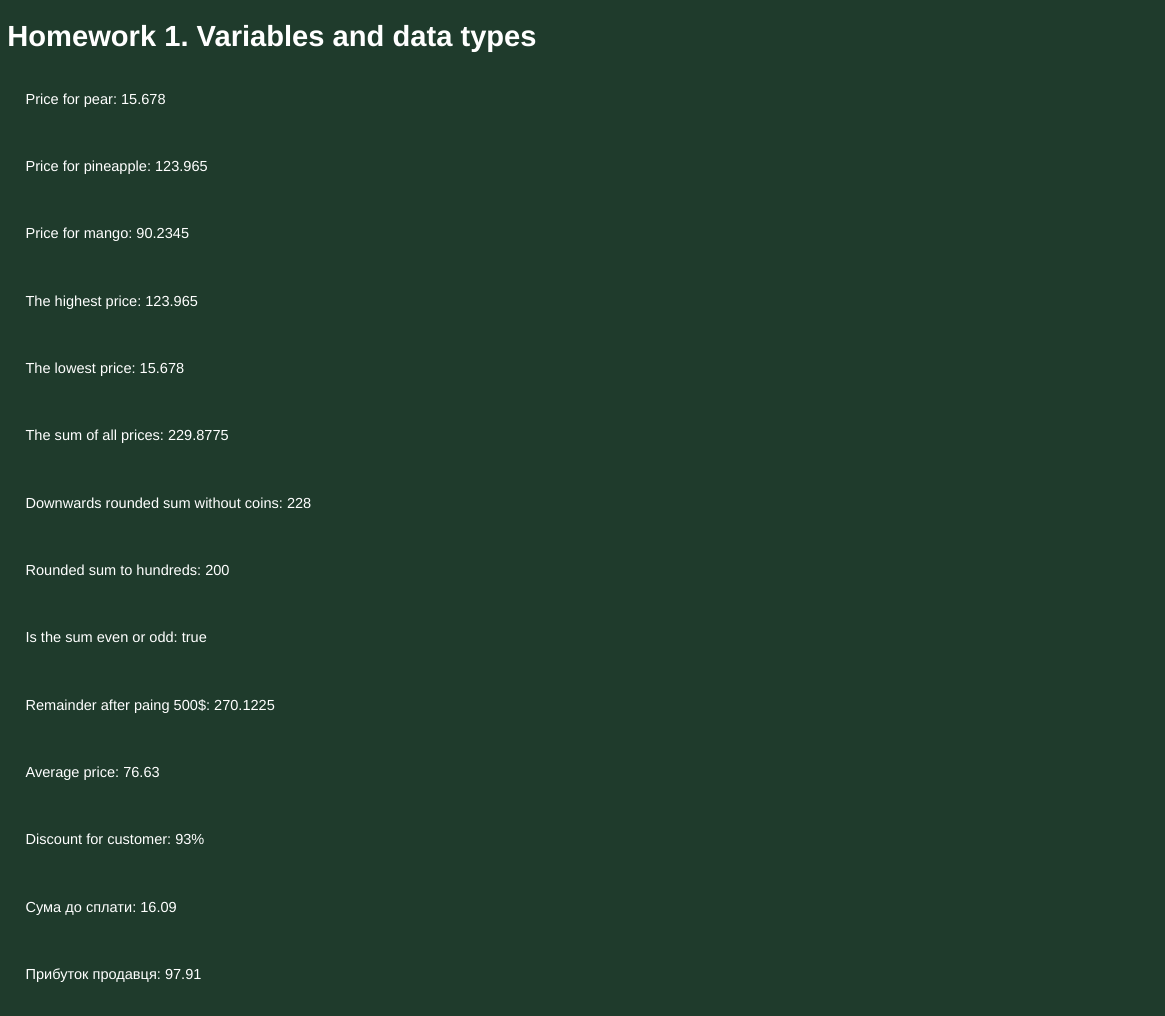
Repository: mariiastetsko/cursor-js-hw
Page: HW1/index.html
An editor plug-in stored every save of this project. The page is shown before and after the next save, followed by the edit.
The browser window is 1280 px wide. The pictures show the whole page, at 91% of full size.

Above is the page before, as saved 2020-07-22 22:53:06.

After the next save:
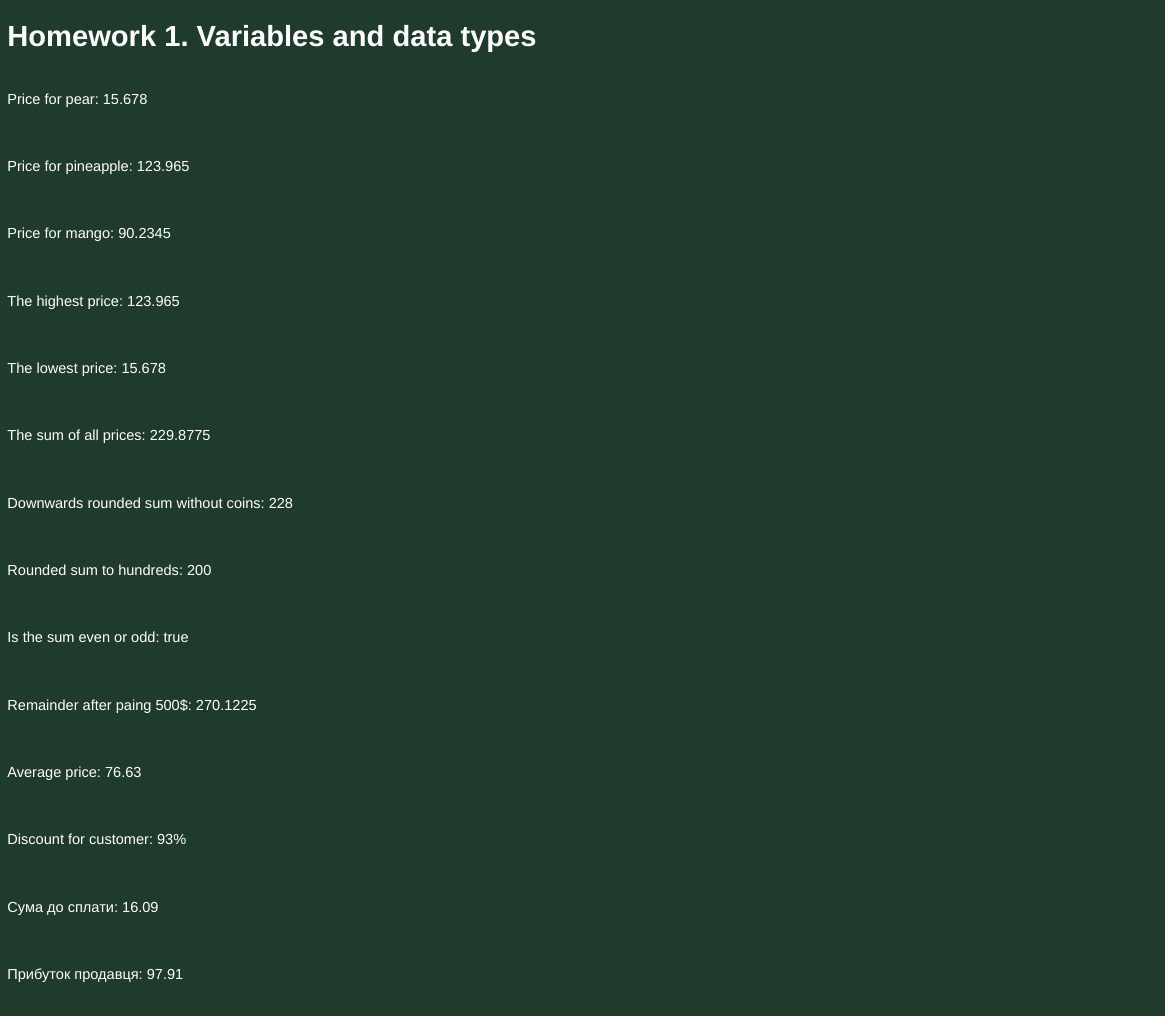
Saved 17 s later.
--- a/HW1/index.html
+++ b/HW1/index.html
@@ -8,7 +8,7 @@
       body {background-color: #1f3b2c;
     color: #fff;
 font-family: Helvetica, sans-serif;}
-      p {padding: 20px;}
+      p {padding: 20px 0;}
     </style>
   </head>
   <body>
